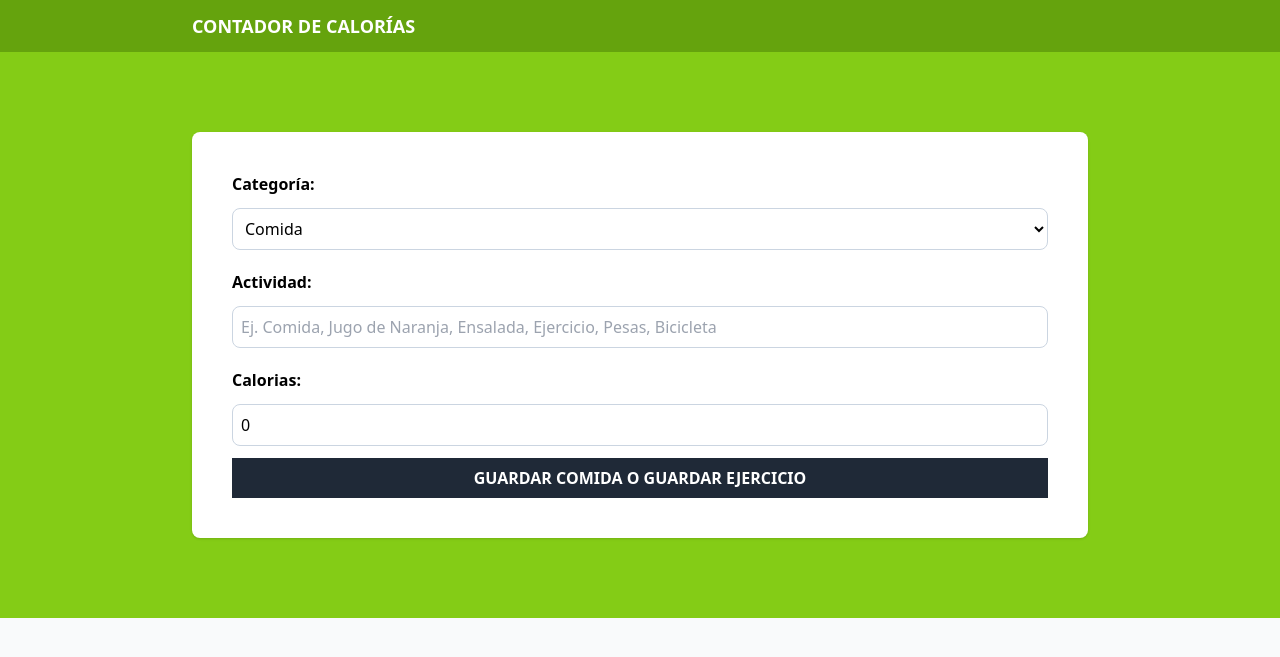
Repository: Samuel-Leal96/contador-calorias-react
Page: /
The author's editor kept a copy of each file at every save. The page is drawn from the files as they stood at one save, then again after the next save.
The browser window is 1280 px wide. The pictures show the whole page.
The project was rebuilt for these pictures with package versions that can differ from the ones it lists, and the page was loaded fresh each time. Also part of the build but not shown: vite.config.ts.

Above is the page before, as saved 2025-10-25 17:03:51.

After the next save:
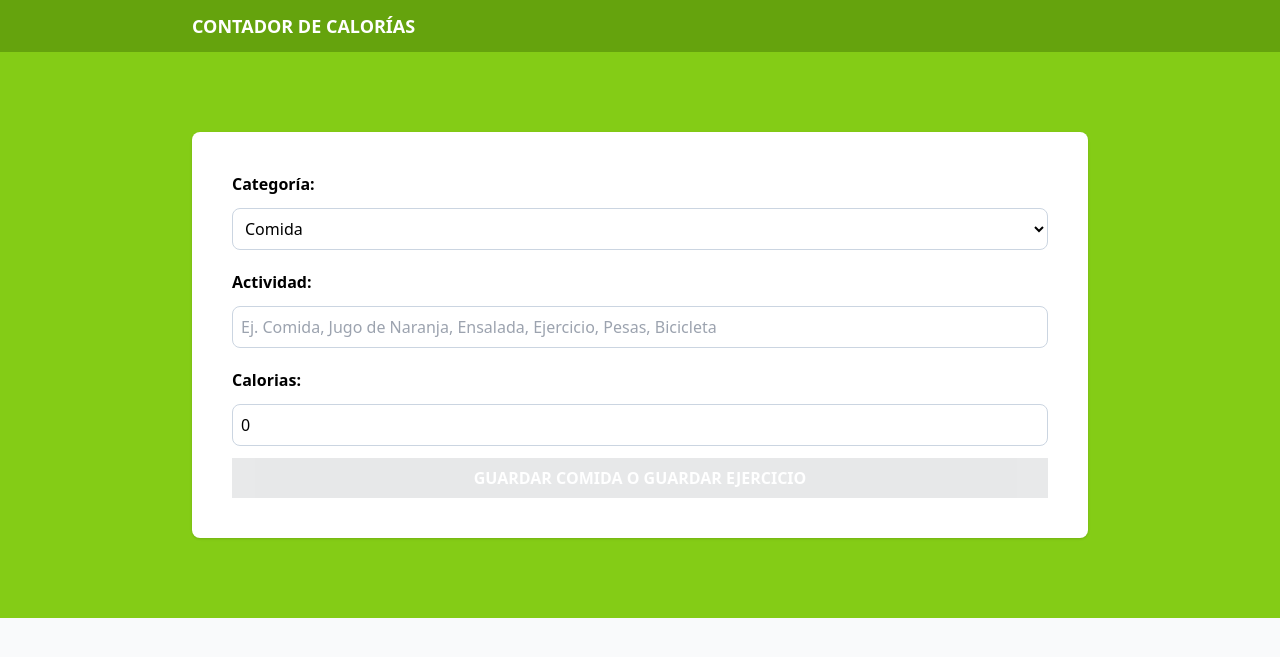
Saved 58 s later.
--- a/src/components/Form.tsx
+++ b/src/components/Form.tsx
@@ -83,9 +83,9 @@ export default function
 
           <input
             type="submit"
-            className="bg-gray-800 hover:bg-gray-900 w-full p-2 font-bold uppercase text-white cursor-pointer"
+            className="bg-gray-800 hover:bg-gray-900 w-full p-2 font-bold uppercase text-white cursor-pointer disabled:opacity-10"
             value='Guardar comida o guardar ejercicio'
-            disabled={isValidActivity()}
+            disabled={!isValidActivity()}
           >
           </input>
 
